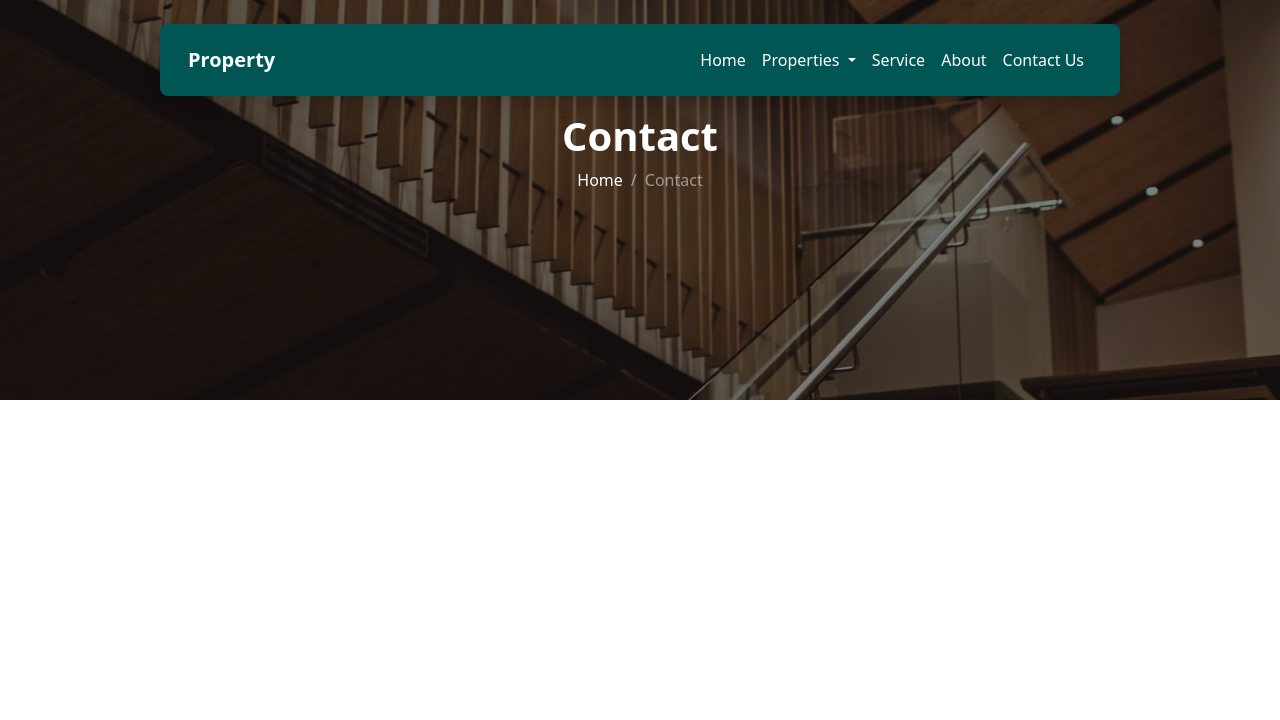
Repository: sameerrrrkhan911-git/Property
Page: contact.html
The author's editor kept a copy of each file at every save. The page is drawn from the files as they stood at one save, then again after the next save.
The browser window is 1280 px wide. The pictures show the whole page.
Some web libraries are served in a nearby version.

Above is the page before, as saved 2025-09-28 17:12:16.
Console error: TypeError: Cannot read properties of undefined (reading 'length')

### contact.html
<!DOCTYPE html>
<html lang="en">
<head>
    <meta charset="utf-8">
    <meta name="viewport" content="width=device-width, initial-scale=1">
    <title>Property</title>

    <!--====== LINKS ========-->
    <link href="https://cdn.jsdelivr.net/npm/bootstrap@5.3.8/dist/css/bootstrap.min.css" rel="stylesheet">
    <link
        href="https://fonts.googleapis.com/css2?family=Montserrat:wght@400;600&family=Open+Sans:wght@400;600&display=swap"
        rel="stylesheet">
    <link href="https://unpkg.com/aos@2.3.1/dist/aos.css" rel="stylesheet">
    <link href="https://cdn.jsdelivr.net/npm/remixicon@4.5.0/fonts/remixicon.css" rel="stylesheet">
    <link href="https://cdnjs.cloudflare.com/ajax/libs/tiny-slider/2.9.4/tiny-slider.css" rel="stylesheet">
    <link rel="stylesheet" href="assets/css/style2.css">
    <link rel="stylesheet" href="assets/css/style.css">

</head>
<body>

<!--=====HEADER=====-->
    <header>
        <section id="Right-Step">
            <div class="bg-holder overlay overlay-elixir">
            </div>

            <!-- Navbar -->
            <nav
                class="navbar navbar-expand-lg green-color p-3 mt-4 sticky-top position-absolute top-0 start-50 translate-middle-x w-75 rounded-3 shadow">
                <div class="container-fluid">
                    <!-- Brand -->
                    <a class="navbar-brand text-white fw-bold" href="#">Property</a>

                    <!-- Toggler for Mobile -->
                    <button class="navbar-toggler bg-light" type="button">
                        <span class="navbar-toggler-icon"></span>
                    </button>

                    <!-- Navbar Links -->
                    <div class="collapse navbar-collapse" id="navbarNavDropdown">
                        <ul class="navbar-nav ms-auto">
                            <li class="nav-item">
                                <a class="nav-link text-white active" aria-current="page" href="index.html">Home</a>
                            </li>
                            <li class="nav-item dropdown">
                                <a class="nav-link dropdown-toggle text-white" href="#" role="button"
                                    data-bs-toggle="dropdown" aria-expanded="false">
                                    Properties
                                </a>
                                <ul class="dropdown-menu">
                                    <li><a class="dropdown-item" href="#">Action</a></li>
                                    <li><a class="dropdown-item" href="#">Another action</a></li>
                                    <li><a class="dropdown-item" href="#">Something else here</a></li>
                                </ul>
                            </li>
                            <li class="nav-item"><a class="nav-link text-white" href="service.html">Service</a></li>
                            <li class="nav-item"><a class="nav-link text-white" href="about.html">About</a></li>
                            <li class="nav-item"><a class="nav-link text-white" href="contact.html">Contact Us</a></li>
                        </ul>
                    </div>
                </div>
            </nav>

            <!--/.bg-holder-->
            <div class="forbg py-5">
                <div class="container">

                    <div class="row justify-content-center align-items-center">
                        <div class="col-lg-9 text-center mt-5">
                            <h1 class="heading aos-init aos-animate white mt-3 fw-bold" data-aos="fade-up">Contact</h1>

                            <nav aria-label="breadcrumb" data-aos="fade-up" data-aos-delay="200"
                                class="aos-init aos-animate">
                                <ol class="breadcrumb text-center justify-content-center">
                                    <li class="breadcrumb-item"><a href="index.html" style="color: white;">Home</a></li>
                                    <li class="ms-2 me-2 text-white-50" aria-current="page">
                                        /
                                    </li>
                                    <li class="breadcrumb-item active text-white-50" aria-current="page">
                                        Contact
                                    </li>
                                </ol>
                            </nav>
                        </div>
                    </div>
                </div>
            </div><!-- end of .container-->
        </section>
    </header>

    <!--====MAIN====-->

    <main>



    </main>

<!--====FOOTER====-->
    </footer>

  <!-- Bootstrap JS -->
  <script src="https://cdn.jsdelivr.net/npm/bootstrap@5.3.8/dist/js/bootstrap.bundle.min.js"></script>
  <!-- AOS JS -->
  <script src="https://unpkg.com/aos@2.3.1/dist/aos.js"></script>

  <script>
    AOS.init({
      duration: 1000,
      once: true
    });
  </script>

  <script src="https://cdnjs.cloudflare.com/ajax/libs/tiny-slider/2.9.4/min/tiny-slider.js"></script>

  <script>
    var slider = tns({
      container: '.property-slider',
      items: 3,
      slideBy: 1,
      autoplay: false,
      controls: true,
      nav: false,
      gutter: 20,
      controlsContainer: '.slider-controls',
      prevButton: '.prev',
      nextButton: '.next',
      responsive: {
        0: { items: 1 },
        768: { items: 2 },
        1200: { items: 3 }
      }
    });
  </script>


</body>
</html>

### assets/css/style.css
/* ==============================
   Root Variables
=================================*/
:root {
  --green-color: #005555;
   --heading-color: #2a3855;
}

.green-color {
  background-color: var(--green-color);
}

.green{
  color: var(--green-color);
}

.black{
  color: black;
}

.para{
  text-align: left;
}

.heading-color{
  color: var(--heading-color);
}

.z-9 {
  z-index: 9 !important;
}

.white {
  color: white;
}

.green-line{
   height: 2px;
  width: 120px;
 background-color: var(--green-color);
 margin-bottom: 10px;
}

.black-line{
   height: 2px;
  width: 80px;
 background-color: black;
 margin: 10px auto;
}

.white-bg{
  background-color: white;
}

.fs-6{
  font-size: 5px;
}

.marginn{
  margin-bottom: 30px;
}

.a{
  text-decoration: none;
}


.dark-grey{
  background-color: #cccccc;
}

.text-color{
  color: #909ba6;
}
/* ==============================
Header
=================================*/


/* Hero background */
.hero-header {
  background-image: url("../images/hero_bg_3.jpg") !important;
  background-repeat: no-repeat;
  background-position: center center;
  background-size: cover;
  min-height: 100vh;
  position: relative;
  display: flex;
  align-items: center;
}



/* Overlay */
.hero-header::before {
  content: "";
  position: absolute;
  top: 0;
  left: 0;
  width: 100%;
  height: 100%;
  background: rgba(0, 0, 0, 0.5);
  z-index: 0;
}

/* Keep hero text above overlay */
.hero {
  position: relative;
  z-index: 1;
}

/* White text */
.white {
  color: #fff !important;
}

/* Responsive adjustments */
@media (max-width: 768px) {
  nav.navbar {
    width: 90% !important;
    margin-top: 1rem !important;
    padding: 0.75rem 1rem !important;
  }

  .hero h1 {
    font-size: 1.75rem;
    line-height: 1.3;
  }

  .hero form {
    flex-direction: column !important;
    gap: 0.75rem;
  }

  .hero input {
    width: 100% !important;
  }

  .hero button {
    width: 100% !important;
  }
}

@media (max-width: 576px) {
  .hero h1 {
    font-size: 1.5rem;
  }
}

/* Popular properties */

.property-slider {
  overflow: hidden;
}

.property-item {
  background: #fff;
  border-radius: 8px;
  overflow: hidden;
}

.property-content {
  background: #fff;
  border-radius: 8px;
}

/* Features */

.features-1 {
    padding-top: 30px;
    position: relative;
    z-index: 8;
    text-align: center;
    background-color: rgba(0, 32, 74, 0.05);
}

/* ==========================
   Testimonials Section
========================== */

.sec-testimonials .heading {
  font-size: 2rem;
  font-weight: 700;
}

/* Prev/Next buttons */
#testimonial-nav {
  display: flex;
  gap: 10px;
}

#testimonial-nav span {
  cursor: pointer;
  font-size: 14px;
  color: #002855;
  background: #e9ecef;
  padding: 6px 14px;
  border-radius: 20px;
  transition: all 0.3s ease;
}

#testimonial-nav span:hover {
  background: #002855;
  color: #fff;
}

/* Testimonials layout */
.testimonial-slider {
  display: grid;
  grid-template-columns: repeat(auto-fit, minmax(300px, 1fr));
  gap: 40px;
  margin-top: 30px;
  text-align: center;
}

.testimonial {
  padding: 20px;
}

.testimonial img {
  width: 90px;
  height: 90px;
  object-fit: cover;
  margin-bottom: 15px;
  border: 3px solid #ddd;
}

.testimonial .rate {
  margin: 10px 0;
  font-size: 16px;
  color: #f1c40f;
}

.testimonial h3 {
  margin-bottom: 10px;
  font-size: 1.1rem;
  font-weight: 600;
}

.testimonial blockquote {
  font-style: italic;
  font-size: 0.95rem;
  color: #555;
  margin: 10px 0 15px;
}

.greyy{
  background-color: #efefef;
}

.testimonial p.text-muted {
  font-size: 0.85rem;
  color: #888;
}

.img-fluid {
   max-width: 100%;
    height: auto;
}

/* Call To Action */
.footer-cta {
  background: white ;
  padding: 50px;
}

.footer-cta .btn-primary {
  border-radius: 30px;
  font-size: 1.1rem;
  transition: all 0.3s ease;
}

.footer-cta .btn-primary:hover {
  background: #003f3f;
  transform: translateY(-3px);
  box-shadow: 0 6px 15px rgba(0,0,0,0.2);
}

/* Our Agents */
.section_1{
  background-color: #f8f9fa;
}

/* Agent Card */
.person {
  background: #fff;
  border-radius: 12px;
  padding: 60px 20px 30px;
  text-align: center;
  position: relative;
  box-shadow: 0 4px 20px rgba(0,0,0,0.05);
  transition: all 0.3s ease;
}

.person:hover {
  transform: translateY(-8px);
  box-shadow: 0 12px 30px rgba(0,0,0,0.1);
}

/* Profile Image */
.person img {
  width: 100px;
  height: 100px;
  object-fit: cover;
  border-radius: 50%;
  position: absolute;
  top: -50px;
  left: 50%;
  transform: translateX(-50%);
}

/* Text styling */
.person-contents h2 {
  margin-top: 60px;
  font-size: 1.2rem;
  font-weight: 600;
}

.person-contents .meta {
  font-size: 0.9rem;
  color: #6c757d;
  margin-bottom: 15px;
}

.person-contents p {
  font-size: 0.95rem;
  color: #555;
  margin-bottom: 20px;
}

/* Social icons */
.social a {
  display: inline-flex;
  justify-content: center;
  align-items: center;
  width: 40px;
  height: 40px;
  margin: 0 5px;
  border-radius: 50%;
  background: #002855;
  color: #fff;
  transition: all 0.3s ease;
  text-decoration: none;
}

.social a:hover {
  background: #005555;
}

h2 a {
  color: #000;
  text-decoration: none;
}

.roundd{

  border-radius: 50%;
  text-decoration: none;
  padding: 5px;
}

.font-color{
 color: #163060;
}

.forbg {
    height: 400px;
    background: linear-gradient(to bottom, rgba(0, 0, 0, 0.5), rgba(0, 0, 0, 0.5)), url(../images/hero_bg_1.jpg);
    background-size: cover;
    background-position: center;
}

a{
  text-decoration: none;
}

Loaded but not shown: assets/css/style2.css (library)

After the next save:
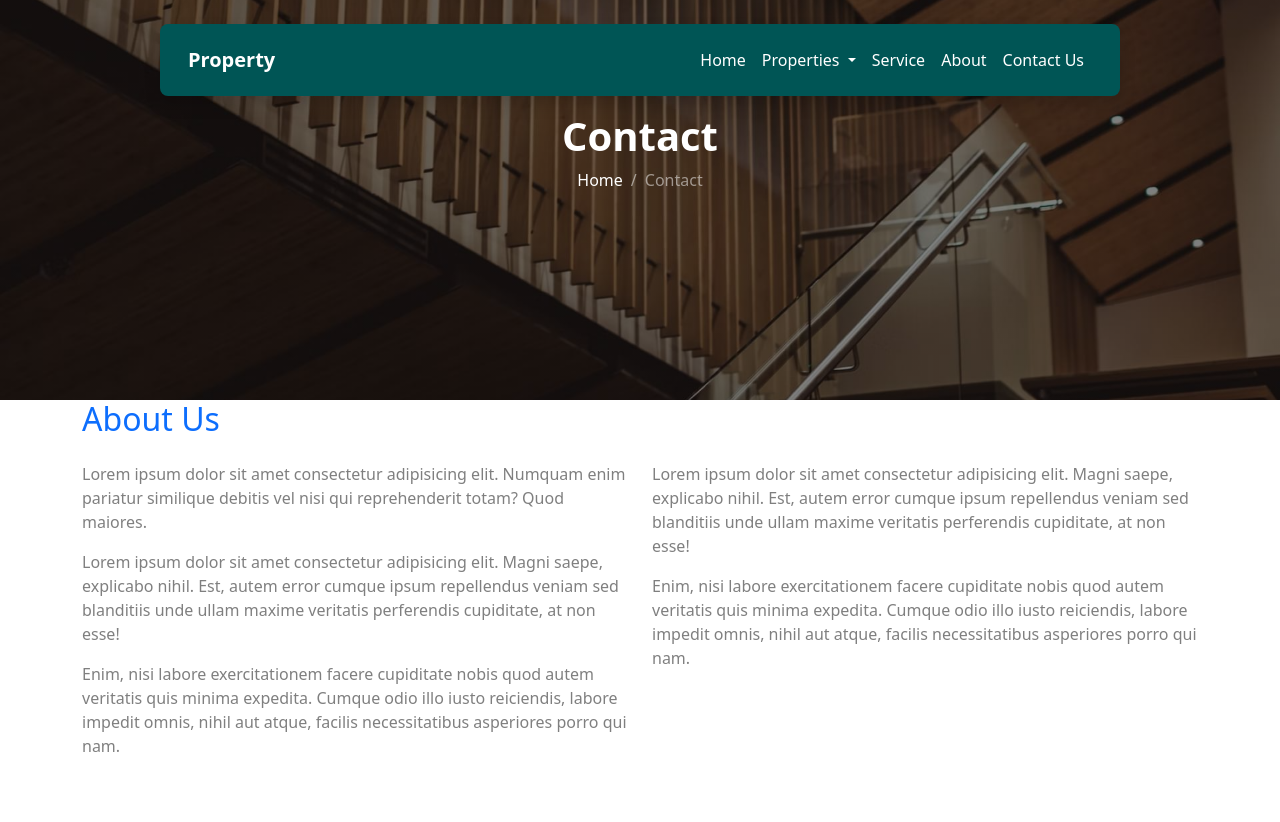
Saved 4 s later.
--- a/contact.html
+++ b/contact.html
@@ -93,7 +93,48 @@
 
     <main>
 
-
+<div class="section">
+      <div class="container">
+        <div class="row text-left mb-5">
+          <div class="col-12">
+            <h2 class="font-weight-bold heading text-primary mb-4">About Us</h2>
+          </div>
+          <div class="col-lg-6">
+            <p class="text-black-50">
+              Lorem ipsum dolor sit amet consectetur adipisicing elit. Numquam
+              enim pariatur similique debitis vel nisi qui reprehenderit totam?
+              Quod maiores.
+            </p>
+            <p class="text-black-50">
+              Lorem ipsum dolor sit amet consectetur adipisicing elit. Magni
+              saepe, explicabo nihil. Est, autem error cumque ipsum repellendus
+              veniam sed blanditiis unde ullam maxime veritatis perferendis
+              cupiditate, at non esse!
+            </p>
+            <p class="text-black-50">
+              Enim, nisi labore exercitationem facere cupiditate nobis quod
+              autem veritatis quis minima expedita. Cumque odio illo iusto
+              reiciendis, labore impedit omnis, nihil aut atque, facilis
+              necessitatibus asperiores porro qui nam.
+            </p>
+          </div>
+          <div class="col-lg-6">
+            <p class="text-black-50">
+              Lorem ipsum dolor sit amet consectetur adipisicing elit. Magni
+              saepe, explicabo nihil. Est, autem error cumque ipsum repellendus
+              veniam sed blanditiis unde ullam maxime veritatis perferendis
+              cupiditate, at non esse!
+            </p>
+            <p class="text-black-50">
+              Enim, nisi labore exercitationem facere cupiditate nobis quod
+              autem veritatis quis minima expedita. Cumque odio illo iusto
+              reiciendis, labore impedit omnis, nihil aut atque, facilis
+              necessitatibus asperiores porro qui nam.
+            </p>
+          </div>
+        </div>
+      </div>
+    </div>
 
     </main>
 

After the save that followed:
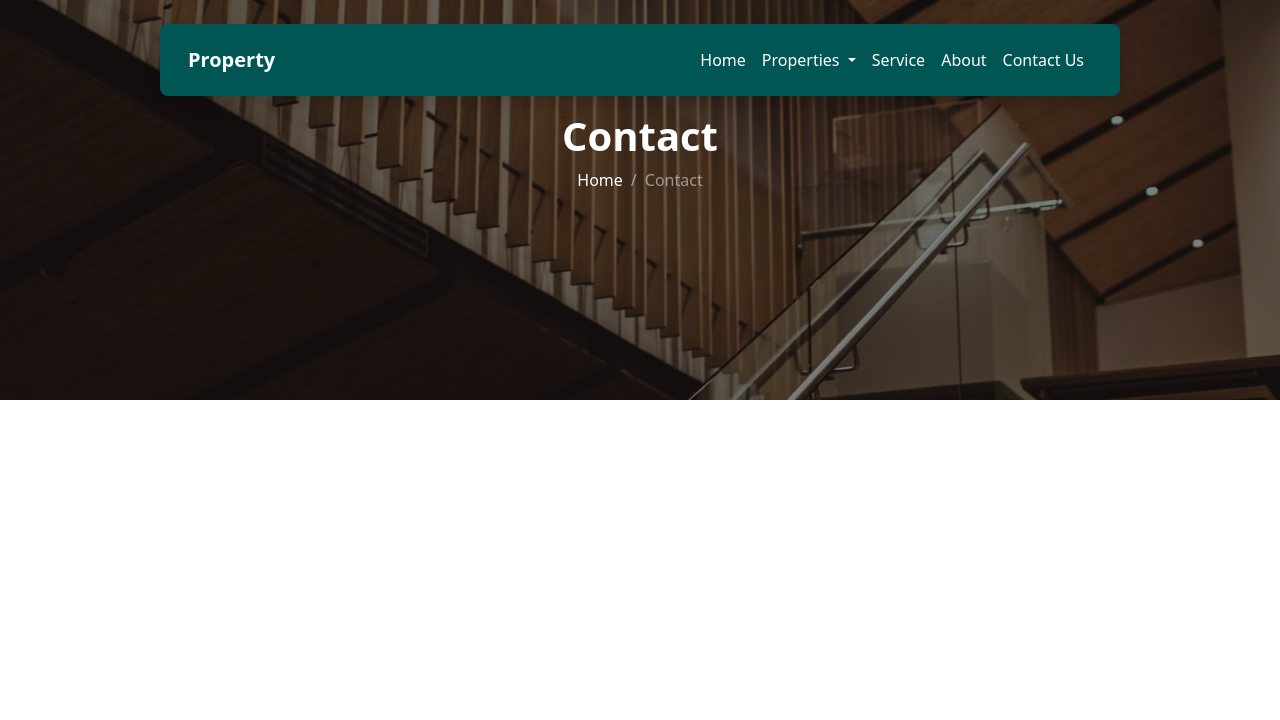
Saved 17 s later.
--- a/contact.html
+++ b/contact.html
@@ -93,48 +93,7 @@
 
     <main>
 
-<div class="section">
-      <div class="container">
-        <div class="row text-left mb-5">
-          <div class="col-12">
-            <h2 class="font-weight-bold heading text-primary mb-4">About Us</h2>
-          </div>
-          <div class="col-lg-6">
-            <p class="text-black-50">
-              Lorem ipsum dolor sit amet consectetur adipisicing elit. Numquam
-              enim pariatur similique debitis vel nisi qui reprehenderit totam?
-              Quod maiores.
-            </p>
-            <p class="text-black-50">
-              Lorem ipsum dolor sit amet consectetur adipisicing elit. Magni
-              saepe, explicabo nihil. Est, autem error cumque ipsum repellendus
-              veniam sed blanditiis unde ullam maxime veritatis perferendis
-              cupiditate, at non esse!
-            </p>
-            <p class="text-black-50">
-              Enim, nisi labore exercitationem facere cupiditate nobis quod
-              autem veritatis quis minima expedita. Cumque odio illo iusto
-              reiciendis, labore impedit omnis, nihil aut atque, facilis
-              necessitatibus asperiores porro qui nam.
-            </p>
-          </div>
-          <div class="col-lg-6">
-            <p class="text-black-50">
-              Lorem ipsum dolor sit amet consectetur adipisicing elit. Magni
-              saepe, explicabo nihil. Est, autem error cumque ipsum repellendus
-              veniam sed blanditiis unde ullam maxime veritatis perferendis
-              cupiditate, at non esse!
-            </p>
-            <p class="text-black-50">
-              Enim, nisi labore exercitationem facere cupiditate nobis quod
-              autem veritatis quis minima expedita. Cumque odio illo iusto
-              reiciendis, labore impedit omnis, nihil aut atque, facilis
-              necessitatibus asperiores porro qui nam.
-            </p>
-          </div>
-        </div>
-      </div>
-    </div>
+
 
     </main>
 
